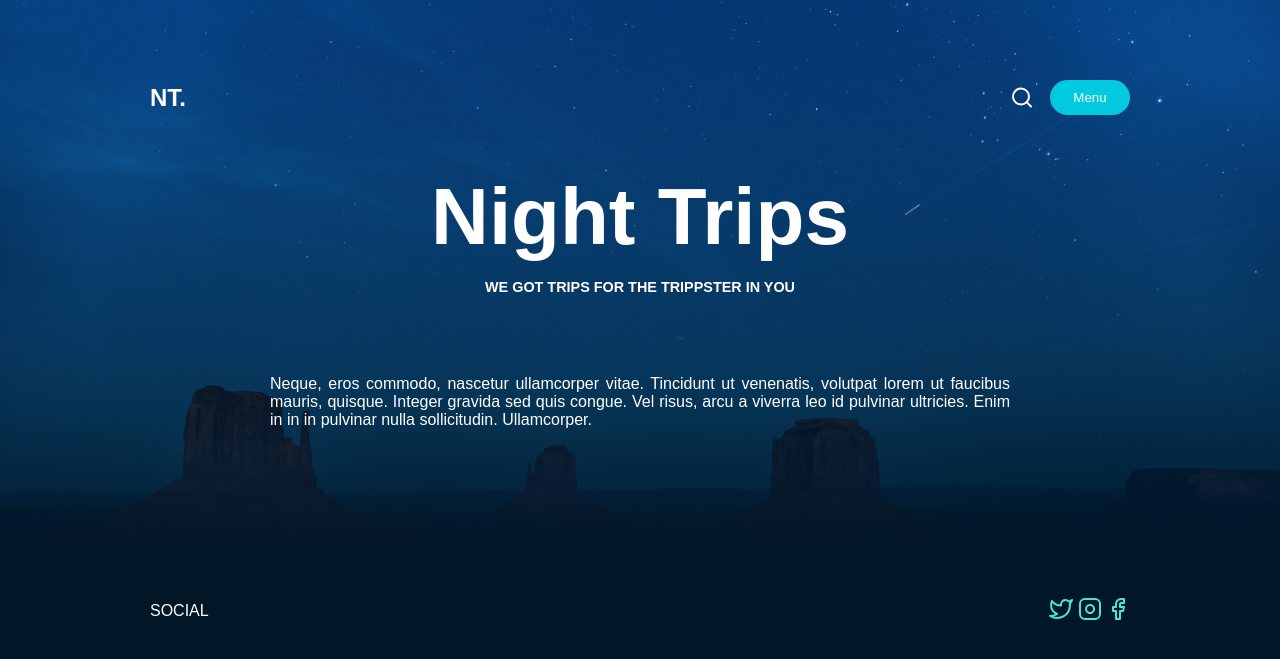
Repository: Silva-jr/night-trip
Page: index.html
These files come from the project's save history. The page is drawn as it stood at one moment and after the next save; the edit follows.
The browser window is 1280 px wide. The pictures show the whole page.

Above is the page before, as saved 2021-07-21 00:02:40.

### index.html
<!DOCTYPE html>
<html lang="en">

    <head>
        <meta charset="UTF-8">
        <meta http-equiv="X-UA-Compatible" content="IE=edge">
        <meta name="viewport" content="width=device-width, initial-scale=1.0">
        <link rel="stylesheet" href="style/style.css">
        <title>Document</title>
    </head>

    <body>
        <div class="container">
            <section class="app-content">
                <header class="header">
                    <div class="logo">
                        <h1>NT.</h1>
                    </div>
                    <div class="menu">
                        <img src="./assets/search 1.svg" alt="">
                        <button>Menu</button>
                    </div>
                </header>
                <main class="main">
                    <div class="title">
                        <h1>Night Trips</h1>
                        <h3>WE GOT TRIPS FOR THE TRIPPSTER IN YOU</h3>
                    </div>
                    <div class="subtitle">
                        <div class="teste">
                            <p>Neque, eros commodo, nascetur ullamcorper vitae. Tincidunt ut venenatis, volutpat lorem
                                ut
                                faucibus mauris, quisque. Integer gravida sed quis congue. Vel risus, arcu a viverra leo
                                id
                                pulvinar ultricies. Enim in in in pulvinar nulla sollicitudin. Ullamcorper.</p>
                        </div>

                    </div>
                </main>
                <div class="social-items">
                    <div>
                        <p>Social</p>
                    </div>
                    <div>
                        <img src="./assets/twitter 1.svg" alt="">
                        <img src="./assets/instagram 1.svg" alt="">
                        <img src="/assets/facebook 1.svg" alt="">
                    </div>
                </div>
            </section>
        </div>
    </body>

</html>

### style/style.css
* {
    box-sizing: border-box;
    margin    : 0;
    padding   : 0;
}

html {
    height    : 100%;
    /* fix height to 100% for IE */
    max-height: 100%;
    /* fix height for other browsers */
    /*overflow:hidden; /*get rid of scroll bars in IE */
    overflow-x: hidden;
    transition: 0.3s;
}

html,
body {
    scroll-behavior: smooth;
    height         : 100%;
    max-height     : 100%;
    height         : 100vh;
    font-family    : "Roboto", sans-serif;
}

body {
    overflow               : hidden;
    font-family            : "Poppins", sans-serif;
    background-color       : var(--background-color);
    -webkit-font-smoothing : antialiased;
    -moz-osx-font-smoothing: grayscale;
}

a {
    text-decoration: none;
}

.container {

    background-image: linear-gradient(rgba(1, 22, 39, 0) 0%, #011627 76.64%, #011627 80%), url("../assets/back2.png");
    height          : 100vh;
    background-size: cover;
}

.app-content {
    width    : 100%;
    margin   : 0 auto;
    max-width: 1140px;
    padding  : 5rem;
}

.header {
    width          : 100%;
    height         : auto;
    display        : flex;
    align-items    : center;
    justify-content: space-between;
}

.logo {
    color: #fff;
}

.menu {
    display: flex;
}

.menu img {
    margin-right: 1rem;
}

.menu button {
    background-color: #00C9E0;
    color           : #fff;
    border          : none;
    width           : 5rem;
    height          : 2.2rem;
    border-radius   : 4rem;
    cursor          : pointer;
}

.main {
    width     : 100%;
    color     : white;
    display   : block;
    text-align: center;
    padding   : 3.5rem;
}

.title {
    width      : 100%;
    align-items: center;
}

.title h1 {
    font-size: 5rem;
}

.title h3 {
    font-size: .9rem;
    padding  : 1rem;
}

.subtitle {
    width      : 100%;
    align-items: center;
    padding    : 4rem;
}

.teste {
    text-align     : center;
    align-items    : center;
    justify-items  : center;
    justify-content: center;
    text-align     : justify;
}

.social-items {
    width          : 100%;
    height         : auto;
    display        : flex;
    align-items    : center;
    justify-content: space-between;
    padding        : 3rem 0;
    color          : #fff;
    text-transform : uppercase;
}

After the next save:
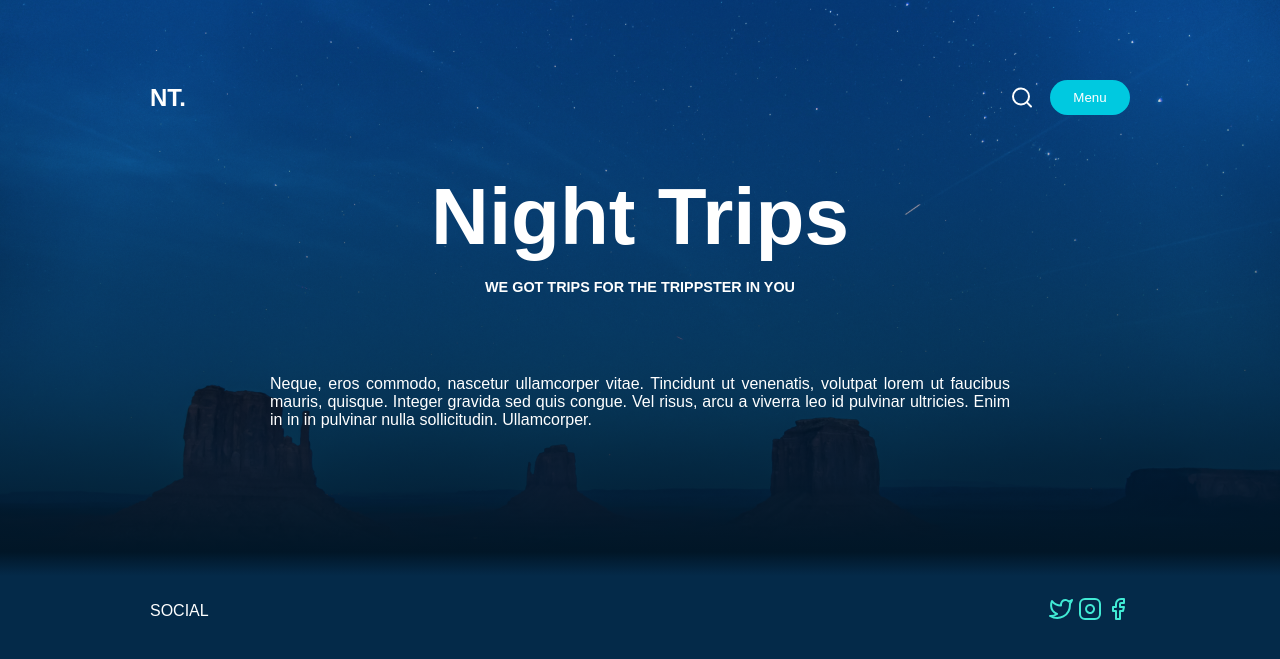
Saved 15 s later.
--- a/style/style.css
+++ b/style/style.css
@@ -37,7 +37,7 @@
 
 .container {
 
-    background-image: linear-gradient(rgba(1, 22, 39, 0) 0%, #011627 76.64%, #011627 80%), url("../assets/back2.png");
+    background-image: linear-gradient(rgba(1, 22, 39, 0) 0%, #011627 76.64%, #042a49 80%), url("../assets/back2.png");
     height          : 100vh;
     background-size: cover;
 }

After the 2 saves that followed:
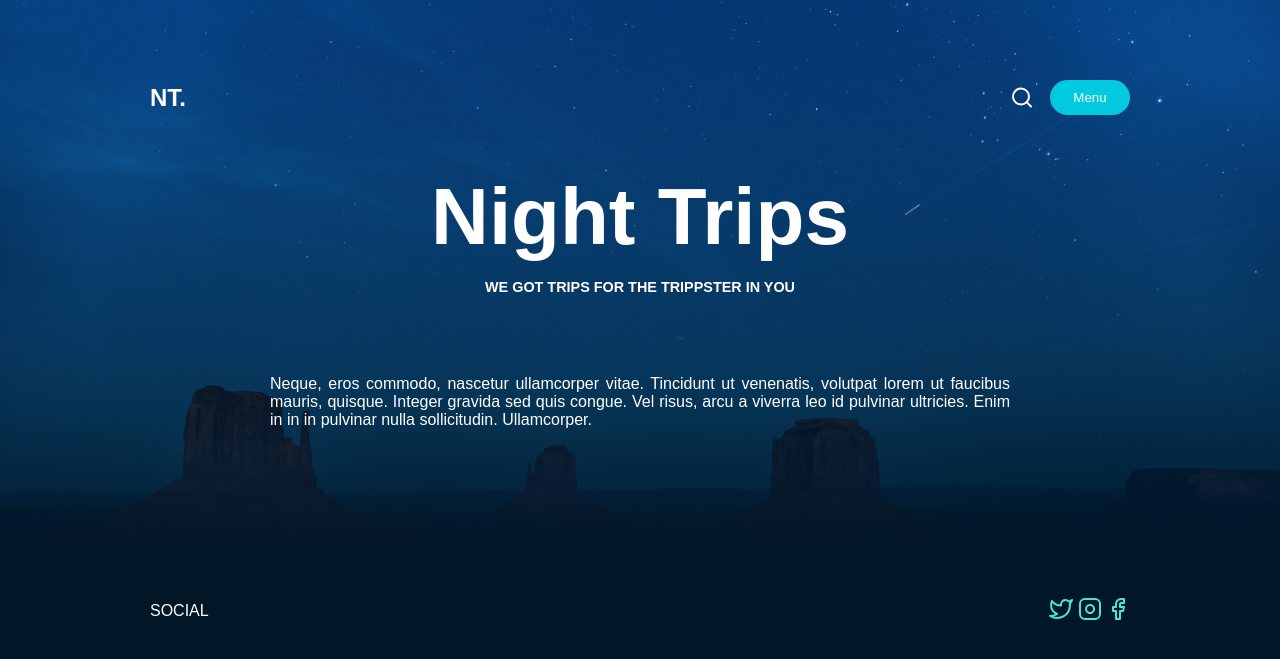
The 2 saves are shown as one change because 1 left the picture as it was.
The last was saved 19 s later.
--- a/style/style.css
+++ b/style/style.css
@@ -37,7 +37,7 @@
 
 .container {
 
-    background-image: linear-gradient(rgba(1, 22, 39, 0) 0%, #011627 76.64%, #042a49 80%), url("../assets/back2.png");
+    background-image: linear-gradient(rgba(1, 22, 39, 0) 0%, #011627 76.64%, #011627 80%), url("../assets/back2.png");
     height          : 100vh;
     background-size: cover;
 }
